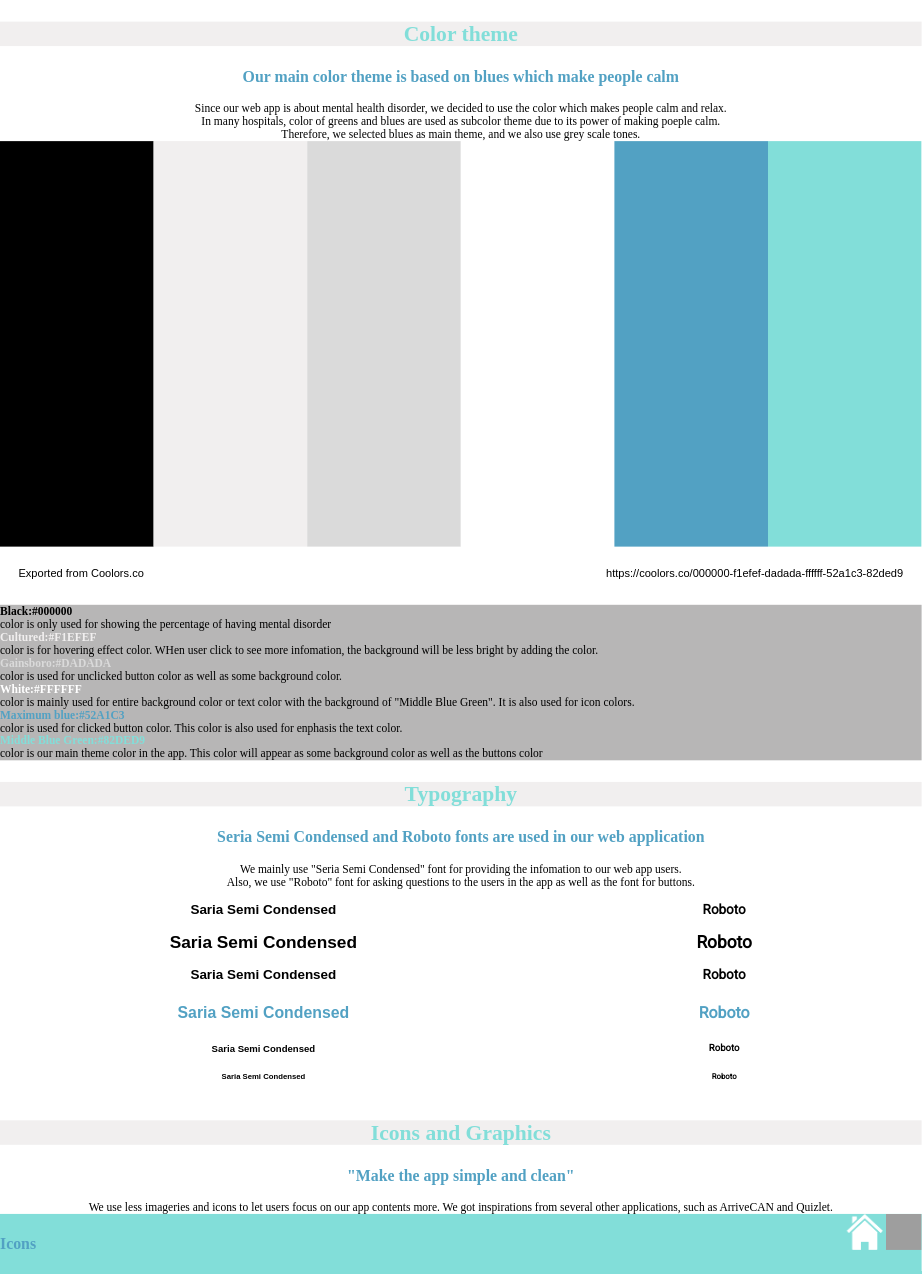
Repository: zzs1/style-guide
Page: style guide/Chisaki_styleGuide_part2/index.html
The author's editor kept a copy of each file at every save. The page is drawn from the files as they stood at one save, then again after a run of saves.
The browser window is 1280 px wide. The pictures show the whole page, at 72% of full size.
Pictures or frames that could not be fetched are drawn as grey boxes. Some web fonts or font styles are not loaded; a fallback is used.

Above is the page before, as saved 2021-03-21 20:57:54.

After the next 2 saves:
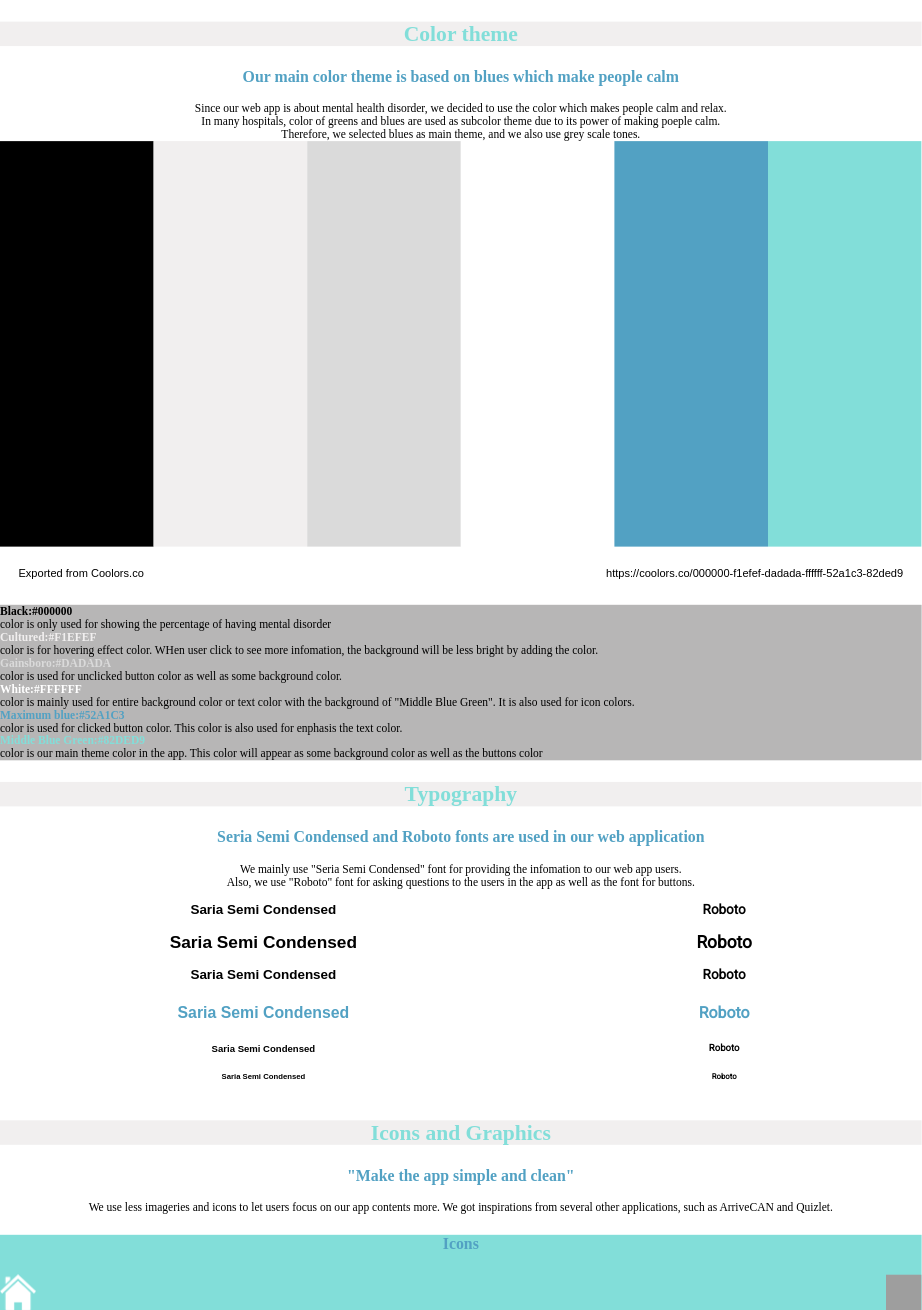
The 2 saves are shown as one change because they came seconds apart.
The last was saved 16 s later.
--- a/style guide/Chisaki_styleGuide_part2/style.css
+++ b/style guide/Chisaki_styleGuide_part2/style.css
@@ -29,11 +29,10 @@ p{
   flex-grow: 1;
 }
 #iconbox {
-  display:flex;
-  justify-content: space-between;
   background-color: #82DED9;
 }
 
 #imgcontainer {
-
+  display:flex;
+  justify-content: space-between;
 }
